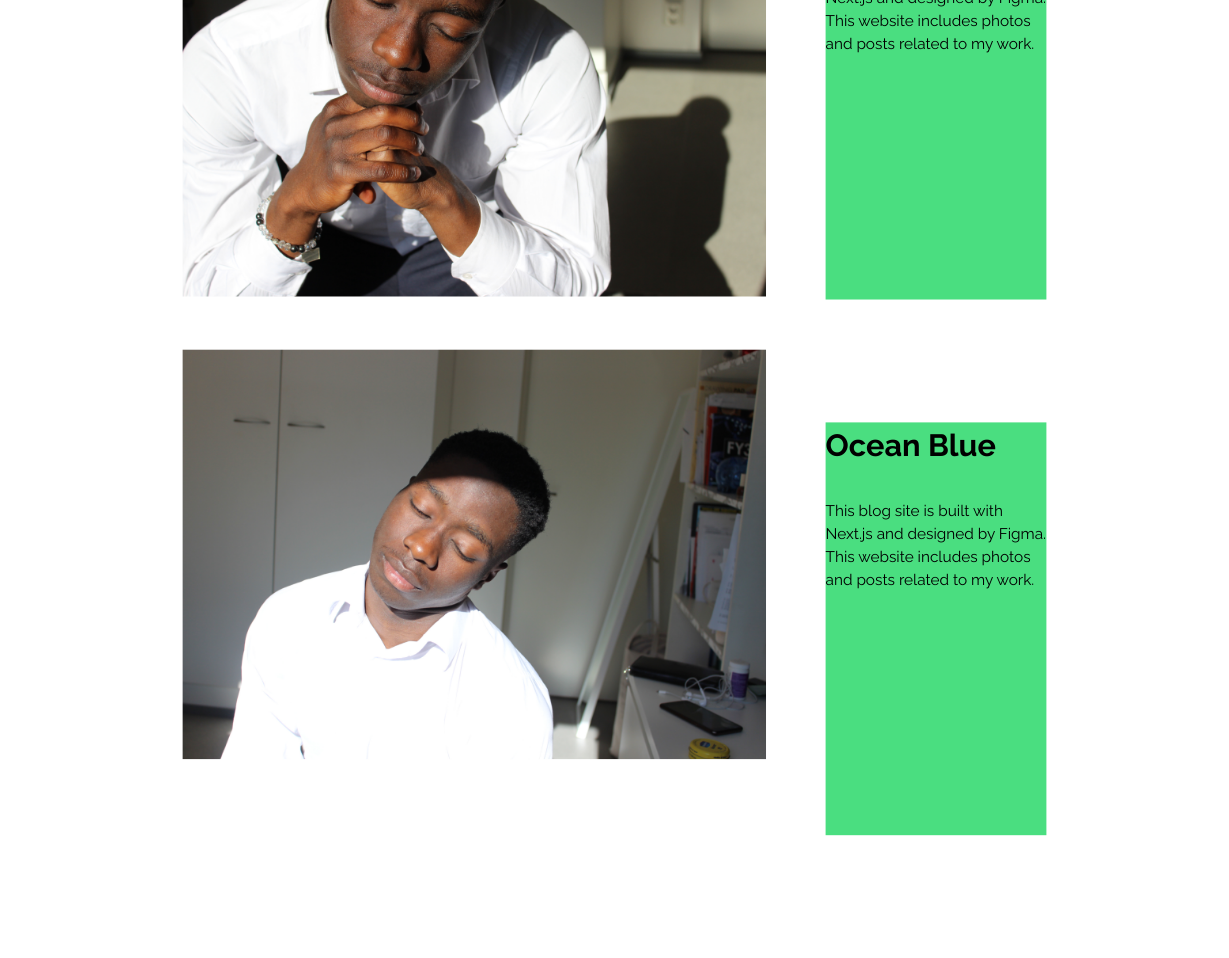
Repository: Graquick/Blog
Page: /photos
These files come from the project's save history. The page is drawn as it stood at one moment and after the next save; the edit follows.
The browser window is 1280 px wide. The pictures show the whole page, at 96% of full size.
The project was rebuilt for these pictures with package versions that can differ from the ones it lists, and the page was loaded fresh each time. The framework's server and built-in components were replaced by stand-ins that run in the browser. Also part of the build but not shown: next.config.js, components/Footer.js.

Above is the page before, as saved 2022-07-07 14:26:37.

### pages/_app.js
import React, { useState, useEffect, useRef, useCallback } from 'react';
import { AnimatePresence } from 'framer-motion'
import { ThemeProvider } from 'next-themes'
import { useRouter } from 'next/router'
import '../styles/globals.css'

function MyApp({ Component, pageProps }) {
  const timeoutRef = useRef();

  const clearTimer = useCallback(
    () => clearTimeout(timeoutRef.current),
    []
  );

  // useEffect(() => {
  //   if (timeoutRef.current) clearTimer();

  //   timeoutRef.current = setTimeout(() => {
  //     window.scrollTo(0, 0);
  //   }, 10);

  //   return () => {
  //     clearTimer();
  //   };
  // }, [clearTimer]);

  useEffect(() => {
    window.history.scrollRestoration = 'manual'
  }, []);


  return (
    <AnimatePresence>
      <ThemeProvider attribute="class">
        <Component {...pageProps} />
      </ThemeProvider>
    </AnimatePresence>
  )
}

export default MyApp

### pages/_document.js
import { Html, Head, Main, NextScript } from 'next/document'

export default function Document() {
  return (
    <Html>
      <Head />
      <body style={{ fontFamily: "Raleway, Roboto", scrollBehavior: "smooth" }}>
        <Main />
        <NextScript />
      </body>
    </Html>
  )
}

### pages/photos.js
import React, { useState, useEffect, useRef } from 'react';
import Head from 'next/head';
import Image from 'next/image';
import Link from 'next/link';
import { useRouter } from 'next/router';
import { motion, AnimatePresence } from 'framer-motion';
import { Icon } from '@iconify/react';

import profile from '../public/profile.png'
import photo1 from '../public/photo-1.png'
import photo2 from '../public/photo-2.png'

import Footer from "../components/Footer";
import Header from "../components/Header";

const photos = [
    { id: 1, src: photo1 },
    { id: 2, src: photo2 }
]

const desc = [
    { id: 1, title: 'Savannah', src: photo1, text: "This blog site is built with Next.js and designed by Figma. This website includes photos and posts related to my work." },
    { id: 2, title: 'Ocean Blue', src: photo2, text: "This blog site is built with Next.js and designed by Figma. This website includes photos and posts related to my work."}
]

const layInfo = {
    fixed: "absolute bottom-[4rem] right-0 m-auto flex flex w-[230px] justify-between"
}

export default function Photos() {
  return (
    <>
      <motion.main className="min-h-screen">
          <div className="absolute top-0 bottom-0 left-0 right-0 m-auto w-fit h-fit">
            <Header />
            <div className="w-[900px] h-fit flex justify-between">
              <div>
                {photos.map((img, i) => (
                  <div key={i} className="mb-12">
                    <Image src={img.src}
                      alt="Img"
                      width={608}
                      height={427}
                      blurDataURL={profile}
                      placeholder="blur"
                      priority
                    />
                  </div>
                ))}
              </div>

              <div>
                {desc.map((desc, i) => (
                  <div key={i} className="w-[230px] h-[430px] bg-green-400 flex flex-col gap-8 mb-32">
                    <h1 className="text-[2rem] font-bold w-fit">{desc.title}</h1>
                    <p>{desc.text}</p>
                  </div>
                ))}
              </div>

              {/* <div className="w-[230px] h-full flex flex-col justify-between">
                <h1 className="text-[2.25rem] font-bold leading-10">Brima Freeman</h1>
                <div className="h-[215px] flex flex-col justify-between">
                  <p className="text-[.9rem]">Hey, I&apos;m a Frontend Developer based in Finland. I enjoy working with Next.js and crafting beautiful front-end experiences.
                  </p>
                  <p className="text-[.9rem]">
                  This blog site is built with Next.js and designed by Figma. This website includes photos and posts related to my work.
                  </p>
                </div>
                <Footer />
              </div> */}
            </div>
        </div>
      </motion.main>
    </>
  )
}

### styles/globals.css
@import url('https://fonts.googleapis.com/css2?family=Press+Start+2P&family=Raleway:wght@300;400;500;600;700&family=Roboto:wght@300;400;500;700&display=swap');
@tailwind base;
@tailwind components;
@tailwind utilities;

* {
  box-sizing: border-box;
}

html,
body {
  padding: 0;
  margin: 0;
}

### components/Header.js
import React, { useState, useEffect, useRef } from 'react';
import Head from 'next/head';
import Image from 'next/image';
import Link from 'next/link';
import { useRouter } from 'next/router';
import { motion, AnimatePresence } from 'framer-motion';
import { Icon } from '@iconify/react';

const Logo = () => {
    return (
        <div className="w-fit flex justify-center gap-2 cursor-pointer transition-all duration-150 ease-in-out group">
            <div className="text-[1.5rem] font-bold uppercase bg-black text-white w-16 h-16 flex items-end justify-end py-0 px-1 ease-in-out dark:bg-zinc-500 dark:text-zinc-400">bf</div><div className="text-[1.5rem] flex items-end justify-end font-bold uppercase text-black ease-in-out dark:text-zinc-500">
                blog
            </div>
        </div>
    )
}

const links = [
    { id: 1, title: 'About', href: '/'},
    { id: 2, title: 'Photos', href: '/photos'},
    { id: 3, title: 'Posts', href: '/posts'}
]

function Header() {
    const router = useRouter();
  return (
    <>
        <main className="left-0 m-auto right-0 py-8 w-full mb-8 h-[8rem] flex justify-between items-center">
            <div >
                <Logo />
            </div>

            <nav className="h-fit">
                <ul className="flex w-[230px] justify-between">
                    {links.map((links, i) => (
                        <div key={i}>
                            <li className={router.pathname === links.href ? "underline-offset-4 underline" : ""}>
                                <Link href={links.href}>
                                    {links.title}
                                </Link>
                            </li>
                        </div>
                    ))}
                </ul>
            </nav>
        </main>
    </>
  )
}

export default Header

### tailwind.config.js
module.exports = {
  content: [
    "./pages/**/*.{js,ts,jsx,tsx}",
    "./components/**/*.{js,ts,jsx,tsx}",
  ],
  darkMode: "class", // "false" or "media"
  theme: {
    extend: {

    },
    screens: {
      '2xl': {'max': '1440px'},
      // => @media (max-width: 1440px) { ... }

      'xl': {'max': '1024px'},
      // => @media (max-width: 1024px) { ... }

      'lg': {'max': '768px'},
      // => @media (max-width: 768px) { ... }

      'md': {'max': '425px'},
      // => @media (max-width: 425px) { ... }

      'sm': {'max': '375px'},
      // => @media (max-width: 375px) { ... }

      'xs': {'max': '320px'},
      // => @media (max-width: 320px) { ... }
    },
    fontFamily: {
      'raleway': "Raleway, sans-serif",
      'roboto': "Roboto, sans-serif",
      'play': "Press\\ Start\\ 2P, cursive"
    }
  },
  plugins: [require('@tailwindcss/forms')],
}

After the next save:
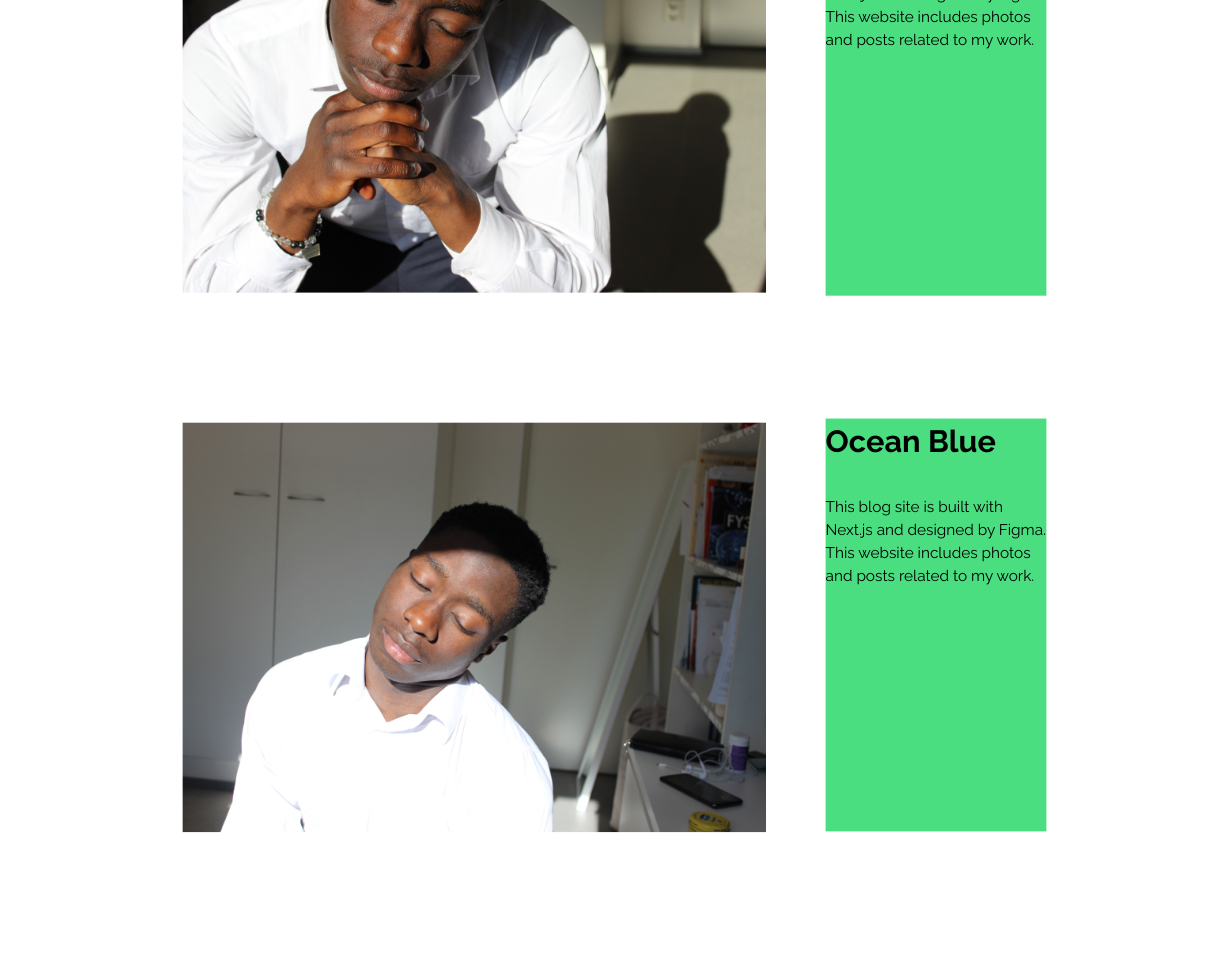
Saved 8 s later.
--- a/pages/photos.js
+++ b/pages/photos.js
@@ -36,7 +36,7 @@ export default function Photos() {
             <div className="w-[900px] h-fit flex justify-between">
               <div>
                 {photos.map((img, i) => (
-                  <div key={i} className="mb-12">
+                  <div key={i} className="mb-32">
                     <Image src={img.src}
                       alt="Img"
                       width={608}
